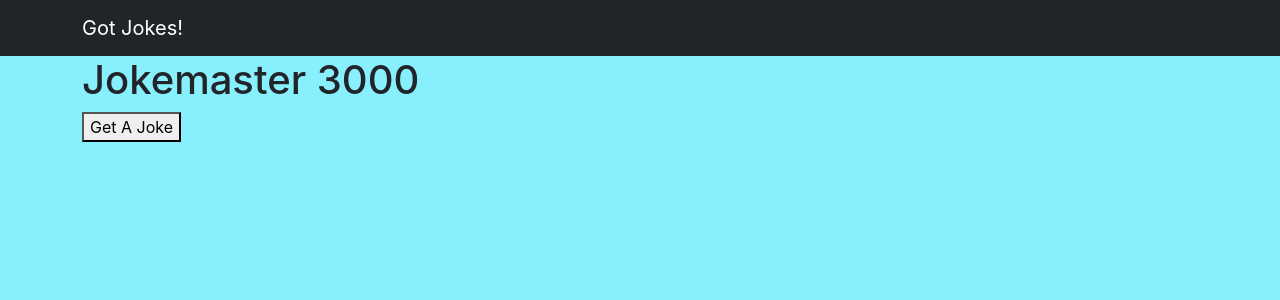
Repository: jontslater/LAB-joke-generator-react
Page: /
The author's editor kept a copy of each file at every save. The page is drawn from the files as they stood at one save, then again after the next save.
The browser window is 1280 px wide. The pictures show the whole page.
The project was rebuilt for these pictures with package versions that can differ from the ones it lists, and the page was loaded fresh each time. The framework's server and built-in components were replaced by stand-ins that run in the browser. Also part of the build but not shown: next.config.js.

Above is the page before, as saved 2024-01-08 21:05:37.

### pages/_app.js
/* eslint-disable react/prop-types */
import 'bootstrap/dist/css/bootstrap.min.css';
import '../styles/globals.css';
import NavBar from '../components/NavBar';

function MyApp({ Component, pageProps }) {
  return (
    <>
      <NavBar />
      <div className="container">
        <Component {...pageProps} />
      </div>
    </>
  );
}

export default MyApp;

### pages/index.js
import React from 'react';
import Jokes from '../components/Jokes';

function Home() {
  return (
    <>
      <Jokes />
    </>
  );
}

export default Home;

### components/NavBar.js
/* eslint-disable jsx-a11y/anchor-is-valid */
import React from 'react';
import Link from 'next/link';
import {
  Navbar, Container, Nav,
} from 'react-bootstrap';

export default function NavBar() {
  return (
    <Navbar collapseOnSelect expand="lg" bg="dark" variant="dark">
      <Container>
        <Link passHref href="/">
          <Navbar.Brand>Got Jokes!</Navbar.Brand>
        </Link>
        <Navbar.Toggle aria-controls="responsive-navbar-nav" />
        <Navbar.Collapse id="responsive-navbar-nav">
          <Nav className="me-auto">
            {/* CLOSE NAVBAR ON LINK SELECTION: https://stackoverflow.com/questions/72813635/collapse-on-select-react-bootstrap-navbar-with-nextjs-not-working */}
            {/* <Link passHref href="/">
              <Nav.Link>Home</Nav.Link>
            </Link> */}
          </Nav>
        </Navbar.Collapse>
      </Container>
    </Navbar>
  );
}

### components/Jokes.js
import React, { useState } from 'react';
import getJoke from '../api/jokeData';

function Jokes() {
  const [joke, setJoke] = useState('');

  const handleClick = () => {
    setJoke((prevState) = getJoke);
  };
  return (
    <>
      <h1>Jokemaster 3000</h1>
      <button type="button" onClick={getJoke}>Get A Joke</button>
      <h2>{joke}</h2>
    </>
  );
}

export default Jokes;

### api/jokeData.js
import axios from 'axios';

const endpoint = 'https://v2.jokeapi.dev/joke/Programming?safe-mode&type=twopart';

const getJoke = async () => {
  const jokeCall = await axios.get(endpoint);

  return jokeCall.data;
};

export default getJoke;

Loaded but not shown: styles/globals.css (common file)

After the next save:
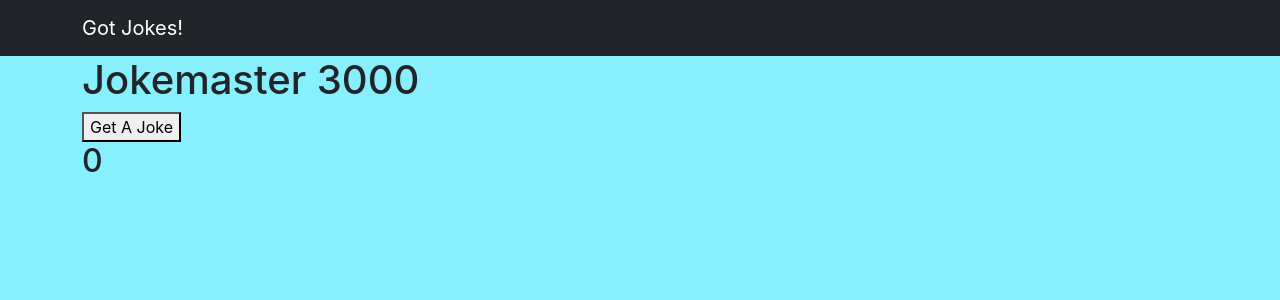
Saved 26 s later.
--- a/components/Jokes.js
+++ b/components/Jokes.js
@@ -2,7 +2,7 @@
 import getJoke from '../api/jokeData';
 
 function Jokes() {
-  const [joke, setJoke] = useState('');
+  const [joke, setJoke] = useState(0);
 
   const handleClick = () => {
     setJoke((prevState) = getJoke);

After the 3 saves that followed:
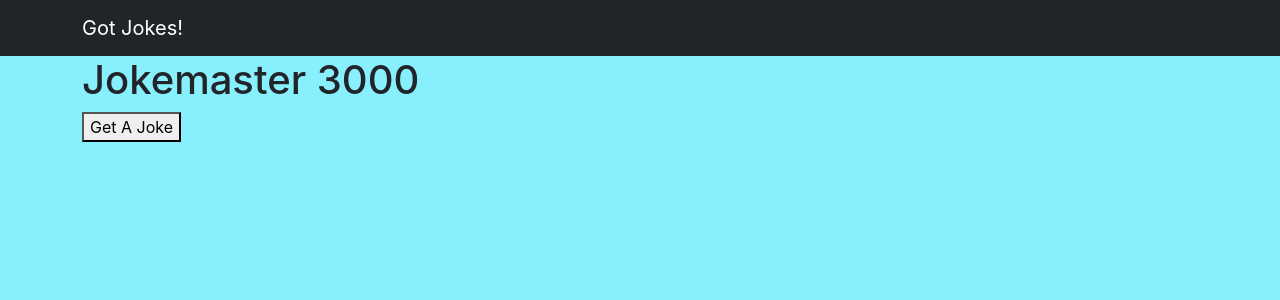
The 3 saves are shown as one change because 1 did not build or start and 1 left the picture as it was.
The last was saved 12 min 11 s later.
--- a/components/Jokes.js
+++ b/components/Jokes.js
@@ -2,15 +2,15 @@
 import getJoke from '../api/jokeData';
 
 function Jokes() {
-  const [joke, setJoke] = useState(0);
+  const [joke, setJoke] = useState('');
 
   const handleClick = () => {
-    setJoke((prevState) = getJoke);
+    setJoke((prevState) => prevState + getJoke);
   };
   return (
     <>
       <h1>Jokemaster 3000</h1>
-      <button type="button" onClick={getJoke}>Get A Joke</button>
+      <button type="button" onClick={() => getJoke}>Get A Joke</button>
       <h2>{joke}</h2>
     </>
   );
